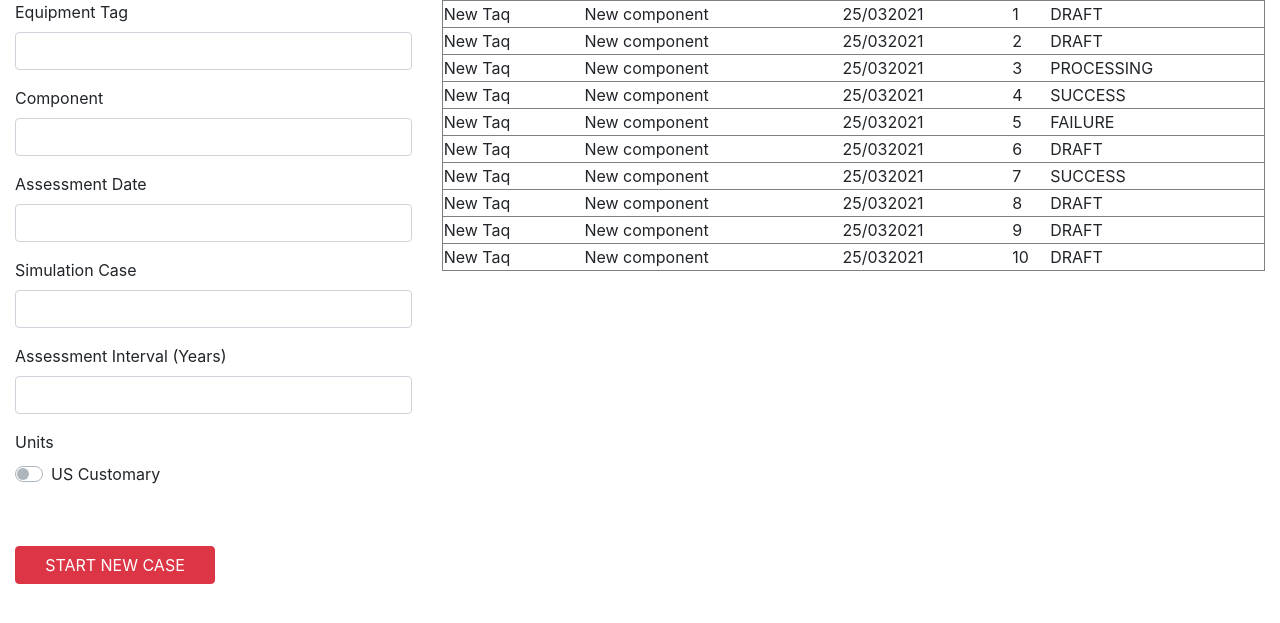
Repository: arif286/dashboard
Page: /
The author's editor kept a copy of each file at every save. The page is drawn from the files as they stood at one save, then again after the next save.
The browser window is 1280 px wide. The pictures show the whole page.
The project was rebuilt for these pictures with package versions that can differ from the ones it lists, and the page was loaded fresh each time. The framework's server and built-in components were replaced by stand-ins that run in the browser. Also part of the build but not shown: nuxt.config.js, components/Nav.vue.

Above is the page before, as saved 2021-06-18 18:49:45.

### components/Form.vue
<template>
  <div>
    <form class="Assessment-input" action="">
      <div class="mb-3">
        <label for="Input1" class="form-label">Equipment Tag</label>
        <input id="Input1" type="text" class="form-control">
      </div>
      <div class="mb-3">
        <label for="Input2" class="form-label">Component</label>
        <input id="Input2" type="text" class="form-control">
      </div>
      <div class="mb-3">
        <label for="Input3" class="form-label">Assessment Date</label>
        <input id="Input3" type="text" class="form-control">
      </div>
      <div class="mb-3">
        <label for="Input4" class="form-label">Simulation Case</label>
        <input id="Input4" type="text" class="form-control">
      </div>
      <div class="mb-3">
        <label for="Input5" class="form-label">Assessment Interval (Years)</label>
        <input id="Input5" type="text" class="form-control">
      </div>
      <div>
        <label for="Input5" class="form-label">Units</label>
        <b-form-checkbox v-model="checked" name="check-button" switch>
          US Customary
        </b-form-checkbox>
      </div>
      <b-button class="submit-button" type="submit" variant="danger">
        START NEW CASE
      </b-button>
    </form>
  </div>
</template>
<script>
export default {
  data () {
    return {
      form: {
        email: '',
        name: '',
        food: null,
        checked: []
      },
      foods: [
        { text: 'Select One', value: null },
        'Carrots',
        'Beans',
        'Tomatoes',
        'Corn'
      ],
      show: true,
      checked: false
    }
  },
  methods: {
    onSubmit (event) {
      event.preventDefault()
      alert(JSON.stringify(this.form))
    }
  }
}
</script>
<style>
.submit-button {
  width: 200px;
  margin-top: 60px;
}
.Assessment-input input:focus {
  border-color: red;
  box-shadow: none;
}
</style>

### components/Table.vue
<template>
  <table class="w-100 table-border">
    <!-- <thead>
        <tr>
          <th className="text-secondary" scope="col">
            Name
          </th>
          <th className="text-secondary" scope="col">
            Email Id
          </th>
          <th className="text-secondary" scope="col">
            Service
          </th>
          <th className="text-secondary" scope="col">
            pay with
          </th>
          <th className="text-secondary" scope="col">
            status
          </th>
        </tr>
      </thead> -->
    <tbody>
      <tr v-for="item in data" :key="item.id">
        <td>{{ item.equipmentTag }}</td>
        <td>{{ item.component }}</td>
        <td>{{ item.assessmentDate }}</td>
        <td>{{ item.case }}</td>
        <td>{{ item.status }}</td>
      </tr>
    </tbody>
  </table>
</template>

<script>
export default {
  props: {
    data: {
      type: Array,
      required: true
    }
  }
}
</script>
<style scoped>

.table-border tr{
 border: 1px solid gray;
 padding: 15px;
}
</style>

### pages/index.vue
<template>
  <div class="container">
    <div class="row">
      <div class="col-4">
        <Form />
      </div>
      <div class="col-8">
        <Table :data="dashboardData" />
      </div>
    </div>
  </div>
</template>

<script>
import { dashboardData } from '@/assets/dashboard.js'
// eslint-disable-next-line semi
export default {
  data () {
    return { dashboardData }
  }
}
</script>

<style>
.container {
  max-width: 1760px;
}
</style>

### assets/dashboard.js
export const dashboardData = [
  {
    id: 1,
    equipmentTag: 'New Taq',
    component: 'New component',
    assessmentDate: '25/032021',
    case: 1,
    status: 'DRAFT'
  },
  {
    id: 2,
    equipmentTag: 'New Taq',
    component: 'New component',
    assessmentDate: '25/032021',
    case: 2,
    status: 'DRAFT'
  },
  {
    id: 3,
    equipmentTag: 'New Taq',
    component: 'New component',
    assessmentDate: '25/032021',
    case: 3,
    status: 'PROCESSING'
  },
  {
    id: 4,
    equipmentTag: 'New Taq',
    component: 'New component',
    assessmentDate: '25/032021',
    case: 4,
    status: 'SUCCESS'
  },
  {
    id: 5,
    equipmentTag: 'New Taq',
    component: 'New component',
    assessmentDate: '25/032021',
    case: 5,
    status: 'FAILURE'
  },
  {
    id: 6,
    equipmentTag: 'New Taq',
    component: 'New component',
    assessmentDate: '25/032021',
    case: 6,
    status: 'DRAFT'
  },
  {
    id: 7,
    equipmentTag: 'New Taq',
    component: 'New component',
    assessmentDate: '25/032021',
    case: 7,
    status: 'SUCCESS'
  },
  {
    id: 8,
    equipmentTag: 'New Taq',
    component: 'New component',
    assessmentDate: '25/032021',
    case: 8,
    status: 'DRAFT'
  },
  {
    id: 9,
    equipmentTag: 'New Taq',
    component: 'New component',
    assessmentDate: '25/032021',
    case: 9,
    status: 'DRAFT'
  },
  {
    id: 10,
    equipmentTag: 'New Taq',
    component: 'New component',
    assessmentDate: '25/032021',
    case: 10,
    status: 'DRAFT'
  }
]

Loaded but not shown: layouts/default.vue (common file)

After the next save:
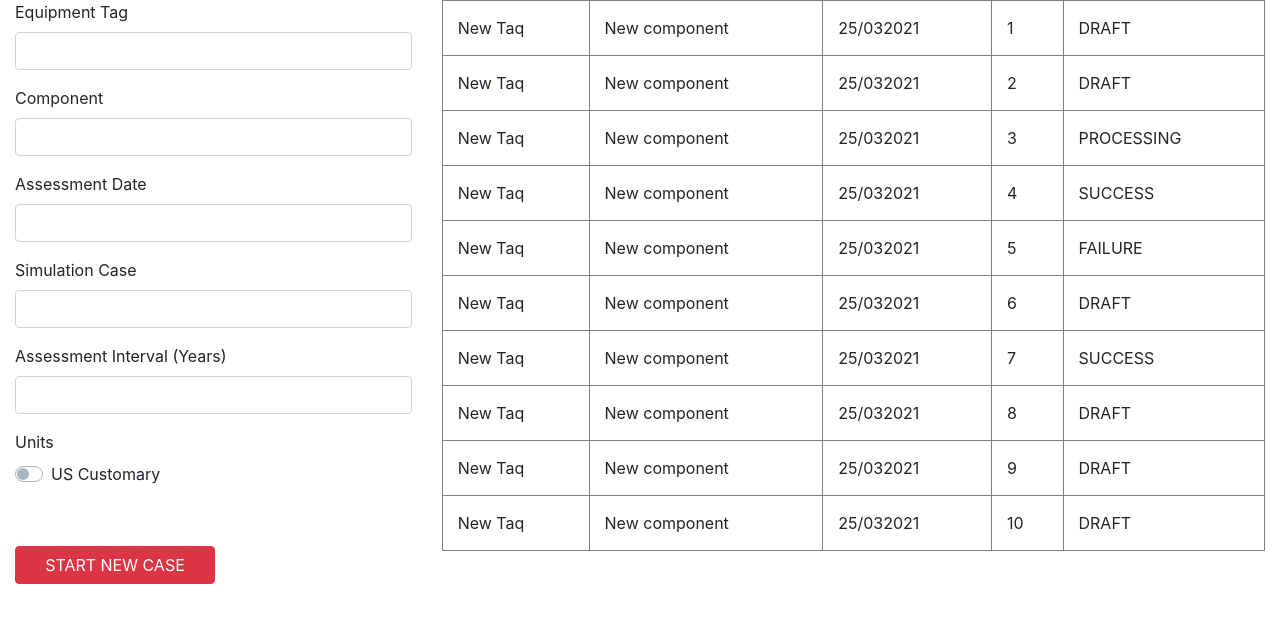
Saved 83 s later.
--- a/components/Table.vue
+++ b/components/Table.vue
@@ -43,7 +43,7 @@
 </script>
 <style scoped>
 
-.table-border tr{
+.table-border td{
  border: 1px solid gray;
  padding: 15px;
 }

After the save that followed:
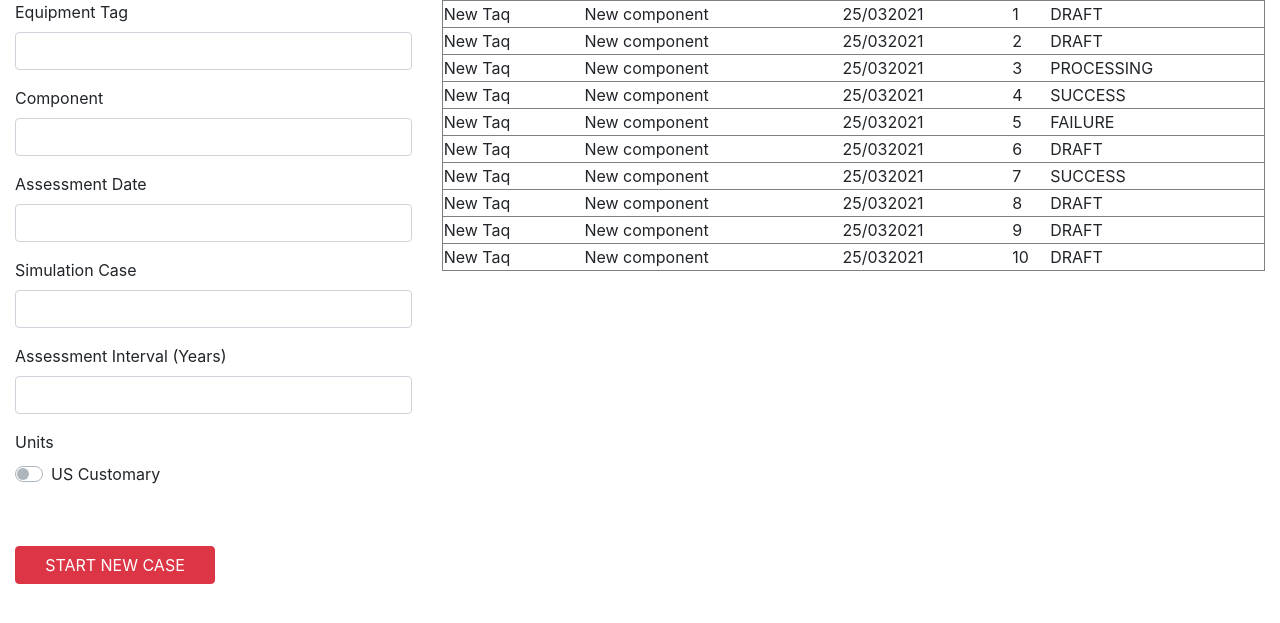
Saved 4 s later.
--- a/components/Table.vue
+++ b/components/Table.vue
@@ -43,7 +43,7 @@
 </script>
 <style scoped>
 
-.table-border td{
+.table-border tr{
  border: 1px solid gray;
  padding: 15px;
 }
